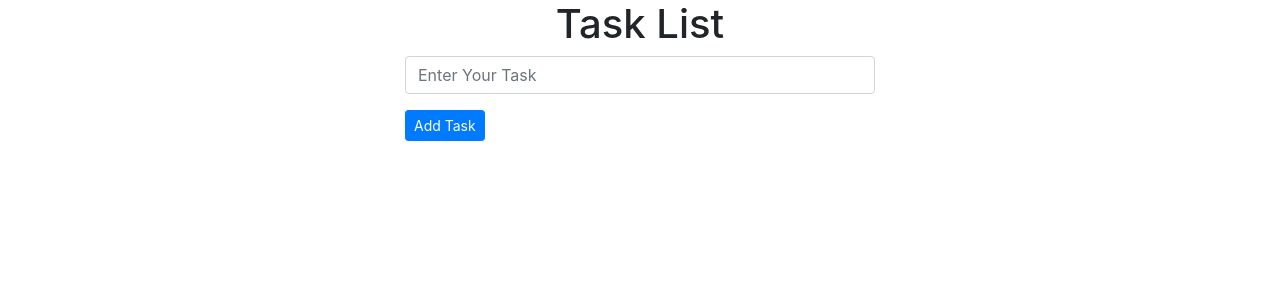
Repository: hoangphuong965/todolist
Page: index.html
The author's editor kept a copy of each file at every save. The page is drawn from the files as they stood at one save, then again after the next save.
The browser window is 1280 px wide. The pictures show the whole page.

Above is the page before, as saved 2020-09-04 14:32:13.
Console error: TypeError: Cannot read properties of null (reading 'addEventListener')

After the next save:
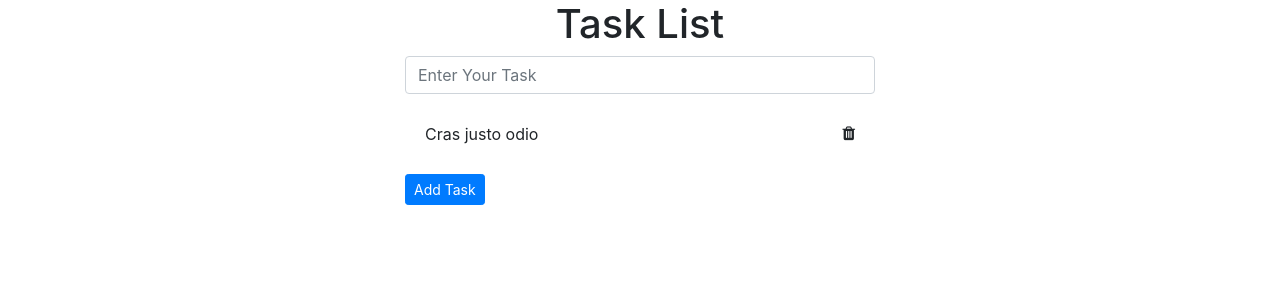
The error is gone.
Saved 15 s later.
--- a/index.html
+++ b/index.html
@@ -19,12 +19,12 @@
                     <input type="text" class="form-control" style="outline-color: black;" placeholder="Enter Your Task">
                </div>
                <div class="list">
-                    <!-- <ol class="list-group list-group-flush">
+                    <ol class="list-group list-group-flush">
                          <li class="list-group-item grid">
                               <p>Cras justo odio</p>
                               <i class="fa fa-trash" aria-hidden="true"></i>
                          </li>
-                    </ol> -->
+                    </ol>
                </div>
                <button type="submit" class="btn btn-primary btn-sm">Add Task</button>
           </form>
